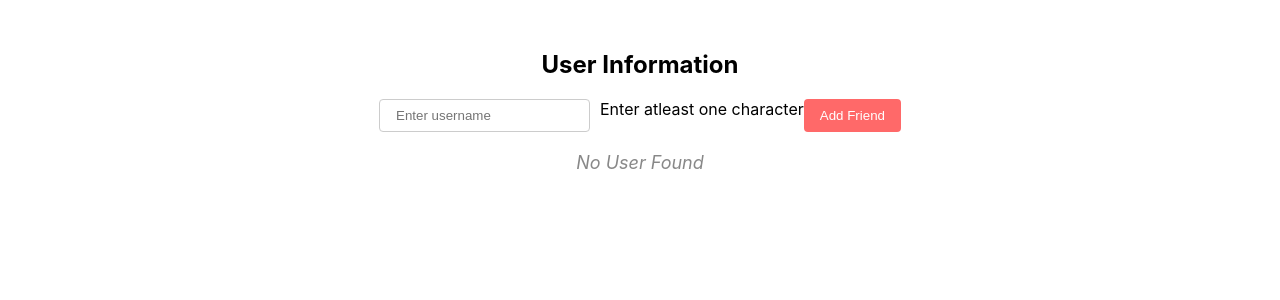
Repository: Sanketh149/leetcode-discord
Page: /
These files come from the project's save history. The page is drawn as it stood at one moment and after the next save; the edit follows.
The browser window is 1280 px wide. The pictures show the whole page.
The project was rebuilt for these pictures with package versions that can differ from the ones it lists, and the page was loaded fresh each time. Also part of the build but not shown: src/Modal.module.css, src/Modal.js, src/Cart.module.css, src/Cart.js.

Above is the page before, as saved 2023-06-21 16:29:14.

After the next save:
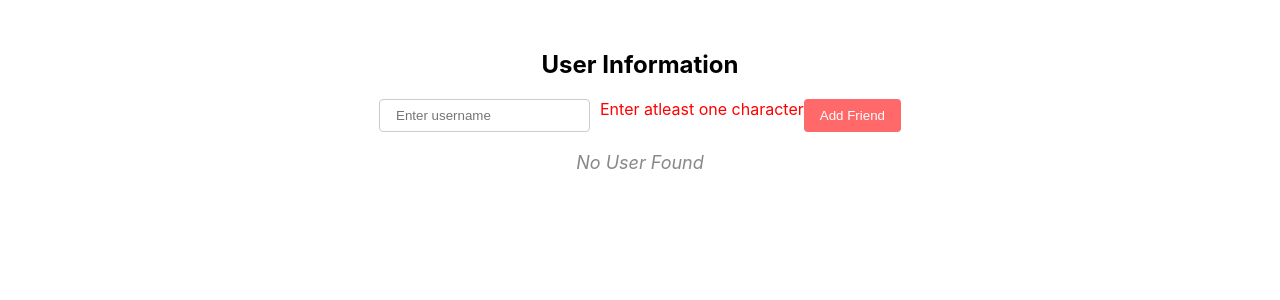
Saved 26 s later.
--- a/src/App.js
+++ b/src/App.js
@@ -85,7 +85,9 @@
           placeholder="Enter username"
           className="app__input"
         />
-        {isSubmitDisabled === true && <div>Enter atleast one character</div>}
+        {isSubmitDisabled === true && (
+          <div className="errorShow"> Enter atleast one character</div>
+        )}
         <button
           type="submit"
           className={`${
